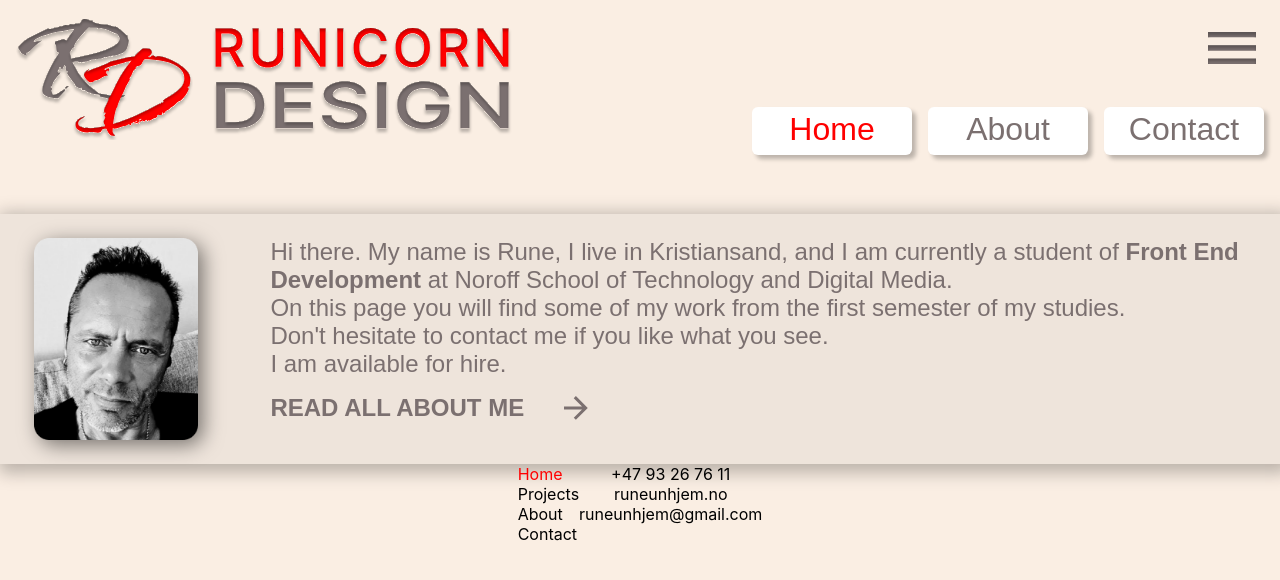
Repository: runeunhjem/portfolio1-ca
Page: index.html
An editor plug-in stored every save of this project. The page is shown before and after the next save, followed by the edit.
The browser window is 1280 px wide. The pictures show the whole page.
Some web fonts or font styles are not loaded; a fallback is used. The style sheet was rebuilt from its Sass, Less or Tailwind sources for each picture, by a compiler version that may differ from the author's.

Above is the page before, as saved 2023-06-01 10:52:51.

### index.html
<!DOCTYPE html>
<html lang="en">
<head>
  <meta charset="UTF-8">
  <meta http-equiv="X-UA-Compatible" content="IE=edge">
  <meta name="viewport" content="width=device-width, initial-scale=1.0">
  <meta name="keywords" content="Works, Projects, Overviev, About me, Rune Unhjem, Runicorn Design, Front End Developer">
  <meta name="description" content="Portfolio 1, Course Assignment, My Work, Projects">
  <link rel="stylesheet" href="css/styles.css">
  <link rel="stylesheet" href="css/media-queries.css">
  <title>Portfolio 1 - Course Assignment</title>
</head>
<body class="flex-column">
  <header class="header flex">
    <div class="header-left flex">
      <a class="logos-left flex" href="index.html">
        <span class="out-of-view">Runicorn Design</span>
        <!-- <img class="header-img" src="images/logo-header-rd.svg" alt="Runicorn Design Logo">
        <img class="header-img" src="images/logo-header-runicorn-design.svg" alt="Runicorn Design Logo"> -->
      </a>
    </div>
    <div class="header-right flex-column">
      <nav class="hamburger flex">
        <!-- <img src="images/ico-menu-dark.svg" alt="Hamburger Menu"> -->
      </nav>
      <nav class="navbar flex">
        <button class="nav-button active">Home</button>
        <button class="nav-button">About</button>
        <button class="nav-button">Contact</button>
      </nav>
    </div>
  </header>
  <main class="index flex-column">
    <section class="intro flex">
      <div class="intro-left flex"></div>
      <div class="intro-right flex-column">
        <p>Hi there. My name is Rune, I live in Kristiansand, and I am currently a student of <b>Front End Development</b> at Noroff School of Technology and Digital Media.</p>
        <p class="desktop tablet">On this page you will find some of my work from the first semester of my studies.</p>
        <p class="desktop tablet-wide">Don't hesitate to contact me if you like what you see.</p>
        <p class="desktop tablet-wide">I am available for hire.</p>
        <div>
          <span class="read-about-me">READ ALL ABOUT ME
            <img class="arrow-big" src="images/ico-arrow-right-dark.svg" alt="Read all about me">
          </span>
        </div>
      </div>
    </section>
  </main>
  <footer class="footer-container flex">
    <div class="footer-left flex-column">
      <nav class="footer-nav" aria-label="Footer navigation">
        <ul>
          <li class=" menu-item flex">
            <a class="link-reset active" href="index.html">Home</a>
          </li>
          <li class=" menu-item flex">
            <a class="link-reset" href="projects.html">Projects</a>
          </li>
          <li class=" menu-item flex">
            <a class="link-reset" href="about.html">About</a>
          </li>
          <li class=" menu-item flex">
            <a class="link-reset" href="contact.html">Contact</a>
          </li>
        </ul>
      </nav>
    </div>
    <div class="footer-center flex-column">
      <p><a class="link-reset" href="tel:+4793267611">+47 93 26 76 11</a></p>
      <p><a class="link-reset" href="https://www.runeunhjem.no">runeunhjem.no</a></p>
      <p><a class="link-reset" href="mailto:runeunhjem@gmail.com">runeunhjem@gmail.com</a></p>
    </div>
    <div class="social flex">

    </div>
    <div class="footer-right flex">
      <div class="footer-logo flex"></div>
    </div>
  </footer>
</body>
</html>

### css/styles.scss
@import url('https://fonts.googleapis.com/css2?family=KoHo:ital,wght@0,400;0,500;0,700;1,600&display=swap');

:root {
  --border-radius-6px: 6px;
  --border-radius-12px: 12px;
  --box-shadow-buttons: 4px 4px 4px rgba(0, 0, 0, 0.25);
  --box-shadow-buttons-hover: 2px 2px 14px 4px rgba(0, 0, 0, 0.25);
  --box-shadow-card: 5px 5px 14px 4px rgba(0, 0, 0, 0.25);
  --box-shadow-intro: 4px 4px 16px 5px rgba(0, 0, 0, 0.25);

  --color-logo-dark: #7B7070;
  --color-icons: #7B7070;
  --color-active: #FF0000;
  --color-text-dark: #7B7070;
  --color-text-light: #FFFFFF;

  --color-bg-body: #FAEEE3;
  --color-bg-intro: rgba(185, 185, 185, 0.19);
  --color-bg-card-gamehub: #F8EEC9;
  --color-bg-card-cms: #F8EEC9;
  --color-bg-card-chefstable: #F8EEC9;
  --color-bg-button-hover: #fadddd;

  --color-red: #FF0000;
  --color-white: #FFFFFF;
  --color-black: #000000;
  --color-dark-beige: #7B7070;
  --color-yellow-gamehub: #F5C618;

  --font-family-koho: 'KoHo', sans-serif;
  --font-family-inter: 'Inter', sans-serif;
}

* {
  box-sizing: border-box;
  margin: 0;
  padding: 0;
}

.out-of-view {
  position: absolute;
  top: -9999px;
  left: -9999px;
  color: #000000;
}
.link-reset {
  text-decoration: none;
  color: inherit;
}

body {
  font-family: var(--font-family-inter);
  background-color: var(--color-bg-body);
  padding: 1em;
}

.flex {
  display: flex;
  flex-wrap: wrap;
  justify-content: space-between;
  align-items: flex-start;
  max-width: 1600px;
}

.flex-column {
  display: flex;
  flex-direction: column;
  justify-content: flex-start;
  align-items: center;
}


.header {
  width: 100%;
  height: 150px;
  }

 .header-left {
  width: 40%;
  height: 100%;
  // max-width: 50%;
  background-image: url(../images/logo-header-full.svg);
  background-repeat: no-repeat;
  background-size: contain;
}

.logos-left {
  flex-wrap: nowrap;
  max-width: 100%;
}

.header-img {
  height: 100%;
  max-width: 100%;
}

.header-right {
  position: relative;
  max-width: 100%;
  width: 60%;
  align-items: flex-end;
  justify-content: flex-start;
  height: 100%;
}

.navbar, .hamburger {
  height: 50%;
}

.hamburger {
  justify-content: flex-start;
  align-items: flex-end;
  width: 64px;
  height: 64px;
  max-height: 100%;
  background-image: url(../images/ico-menu-dark.svg);
  background-repeat: no-repeat;
  background-size: contain;
  // position: relative;
  // top: -15px;
}

.navbar {
  gap: 1em;
  align-items: flex-end;
  flex-wrap: nowrap;
  justify-content: space-between;
}

.nav-button {
  width: 160px;
  height: 48px;
  max-width: 100%;
  padding-bottom: 4px;
  background-color: var(--color-white);
  box-shadow: var(--box-shadow-buttons);
  font-family: var(--font-family-koho);
  font-weight: 500;
  color: var(--color-text-dark);
  border-radius: var(--border-radius-6px);
  border: none;
  font-size: 2rem;
  &:hover {
    cursor: pointer;
    // box-shadow: var(--box-shadow-buttons-hover);
    box-shadow: inset 0px 0px 5px rgba(0, 0, 0, 0.25);
    // background-color: var(--color-bg-button-hover);
    color: var(--color-black);
    font-size: 1.95rem;
  }
}

.active {
  color: var(--color-active);
  &:hover {
    color: var(--color-text-dark);
    background-color: var(--color-white);
    cursor: default;
  }
}

.intro {
  width: 100vw;
  height: 250px;
  align-items: flex-start;
  background-color: var(--color-bg-intro);
  color: var(--color-text-dark);
  margin-top: 2em;
  padding: 1em;
  font-family: var(--font-family-koho);
  font-size: 1.5rem;
  box-shadow: var(--box-shadow-intro);
}

.intro-left {
  height: 100%;
  width: 15%;
  // max-width: 50%;
  background-position: top center;
  background-image: url(../images/image-rune-bw.png);
  background-repeat: no-repeat;
  background-size: contain;
  border-radius: var(--border-radius-12px);
  filter: drop-shadow(5px 5px 10px rgba(0, 0, 0, 0.5));
}

.intro-right {
  height: 100%;
  width: 80%;
  align-items: flex-start;
  p {
    width: 100%;
  }
}

.read-about-me {
  display: flex;
  justify-content: flex-start;
  flex-wrap: nowrap;
  align-items: center;
  font-weight: 600;
  width: 100%;
  margin-top: 0.5em;
}

.arrow-big {
  margin-left: 1em;
  max-height: 70%;
  align-items: center;
  height: 36px;
  animation: nudge-animation 2s infinite alternate;
  // animation: nudge-animation 5s infinite;
}

@keyframes nudge-animation {
  0%, 100% {
    transform: translateX(0);
  }
  16.67%, 50%, 83.33% {
    transform: translateX(10px);
  }
}

### css/media-queries.scss
@media (max-width: 1080px) {
  .tablet-wide {
    display: none;
  }
  .arrow-big {
    height: 32px;
  }
}

@media (max-width: 768px) {
  .tablet {
    display: none;
  }
  .intro {
    margin-top: 1.2em;
  }
  .intro-left {
    width: 35%;
  }
  .intro-right {
    width: 65%;
    padding-left: 10px;
    font-size: 1.4rem;
  }
}

@media (max-width: 600px) {
  .header-left {
    background-image: url(../images/logo-footer-rd-with-text.svg);
  }
  // .tablet {
  //   display: flex;
  // }
  .navbar {
    display: none;
  }
  .intro-left {
    width: 30%;
  }
  .intro-right {
    width: 70%;
    padding-left: 15px;
    font-size: 1.2rem;
  }
}
@media (max-width: 500px) {
  .intro {
    margin-top: 0.2em;
  }
}

@media (max-width: 450px) {
  .intro {
    margin-top: 0;
  }
  .intro-left {
    width: 40%;
  }
  .intro-right {
    width: 60%;
    padding-left: 12px;
    font-size: 0.9rem;
  }
  .arrow-big {
    height: 24px;
  }
}

@media (max-width: 400px) {
  .header {
    height: 120px;
  }
}

@media (max-width: 360px) {
  .header {
    height: 100px;
  }
}

After the next save:
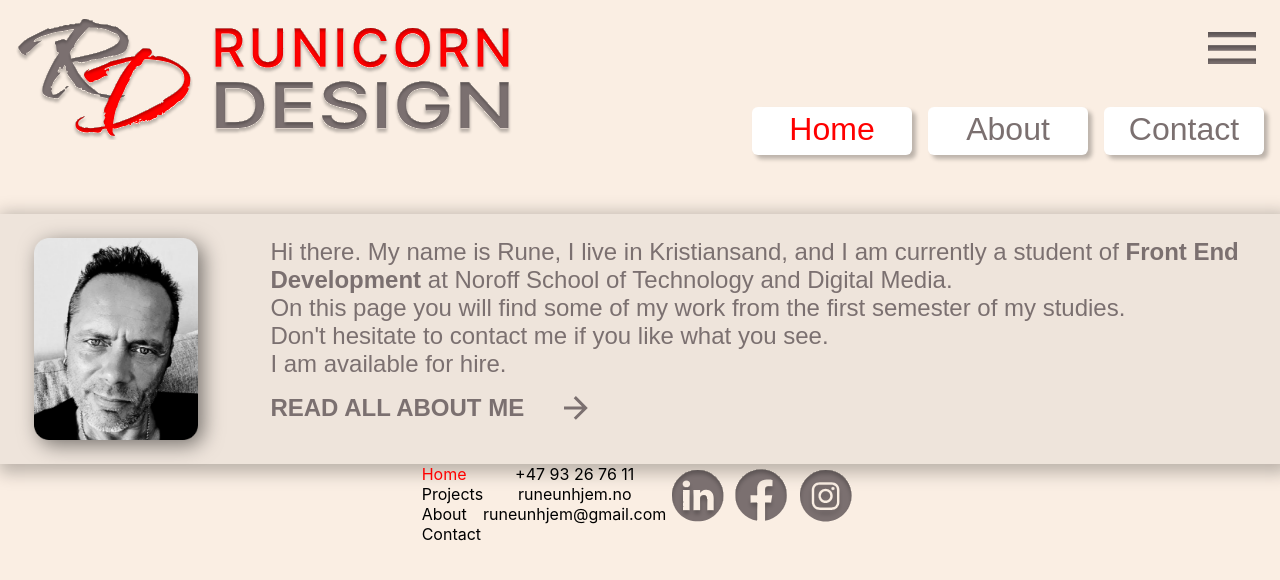
Saved 8 s later.
--- a/index.html
+++ b/index.html
@@ -71,7 +71,15 @@
       <p><a class="link-reset" href="mailto:runeunhjem@gmail.com">runeunhjem@gmail.com</a></p>
     </div>
     <div class="social flex">
-
+      <a class="link-reset" href="https://www.linkedin.com/in/runeunhjem/" target="_blank">
+        <img class="social-icon" src="images/ico-linkedin.svg" alt="LinkedIn">
+      </a>
+      <a class="link-reset" href="https://www.facebook.com/rune.unhjem" target="_blank">
+        <img class="social-icon" src="images/ico-facebook.svg" alt="Facebook">
+      </a>
+      <a class="link-reset" href="https://www.instagram.com/runeunhjem/" target="_blank">
+        <img class="social-icon" src="images/ico-instagram.svg" alt="Instagram">
+      </a>
     </div>
     <div class="footer-right flex">
       <div class="footer-logo flex"></div>
